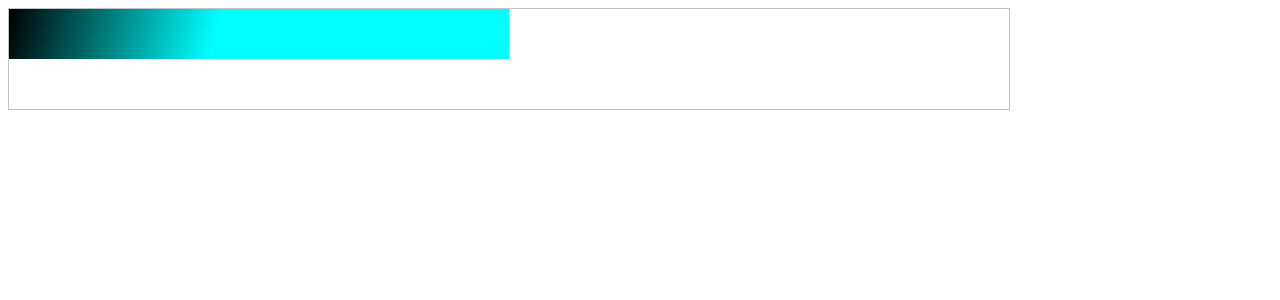
Repository: YukiXueyan/moquWebsite
Page: html/渐变.html
These files come from the project's save history. The page is drawn as it stood at one moment and after the next save; the edit follows.
The browser window is 1280 px wide. The pictures show the whole page.

Above is the page before, as saved 2020-07-05 15:43:26.

### html/渐变.html
<!DOCTYPE HTML>
<html>
<body>

<canvas id="myCanvas" width="1000" height="100" style="border:1px solid #c3c3c3;">
Your browser does not support the canvas element.
</canvas>


<script type="text/javascript">

var c=document.getElementById("myCanvas");
var cxt=c.getContext("2d");
var grd=cxt.createLinearGradient(0,0,200,50);
grd.addColorStop(0,"#000000");
grd.addColorStop(1,"#00FFff");
cxt.fillStyle=grd;
cxt.fillRect(0,0,500,50);

</script>

</body>
</html>

After the next save:
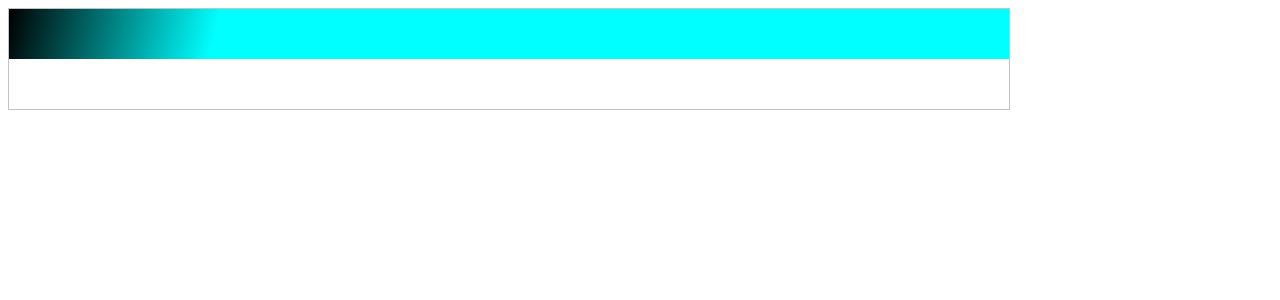
Saved 12 s later.
--- a/html/渐变.html
+++ b/html/渐变.html
@@ -15,7 +15,7 @@ var grd=cxt.createLinearGradient(0,0,200,50);
 grd.addColorStop(0,"#000000");
 grd.addColorStop(1,"#00FFff");
 cxt.fillStyle=grd;
-cxt.fillRect(0,0,500,50);
+cxt.fillRect(0,0,1000,50);
 
 </script>
 
